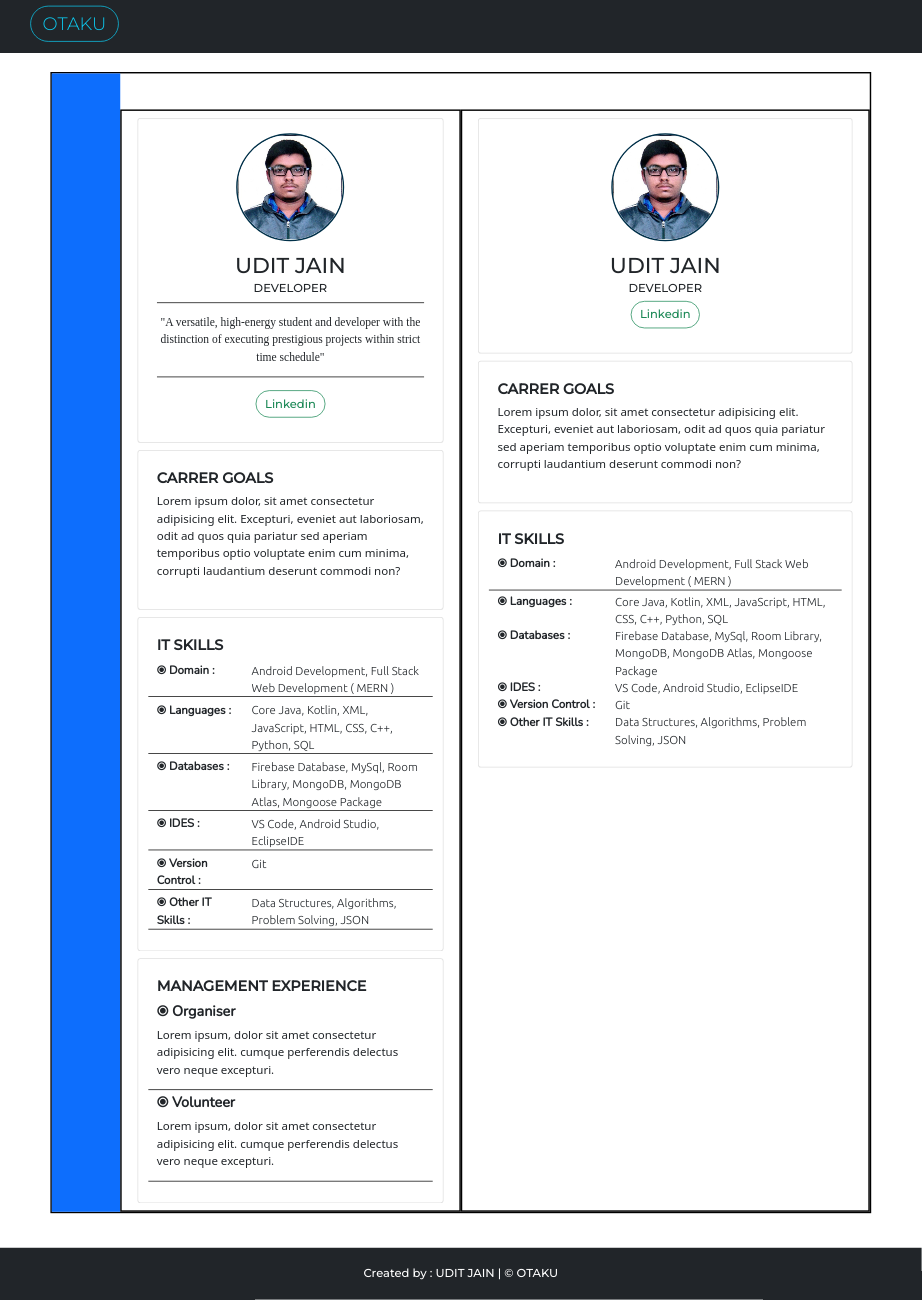
Repository: uditjain100/Responsive-Resume
Page: layouts/index.html
An editor plug-in stored every save of this project. The page is shown before and after the next save, followed by the edit.
The browser window is 1280 px wide. The pictures show the whole page, at 72% of full size.
Some web fonts or font styles are not loaded; a fallback is used. Some web libraries are served in a nearby version.

Above is the page before, as saved 2021-03-01 15:14:53.

After the next save:
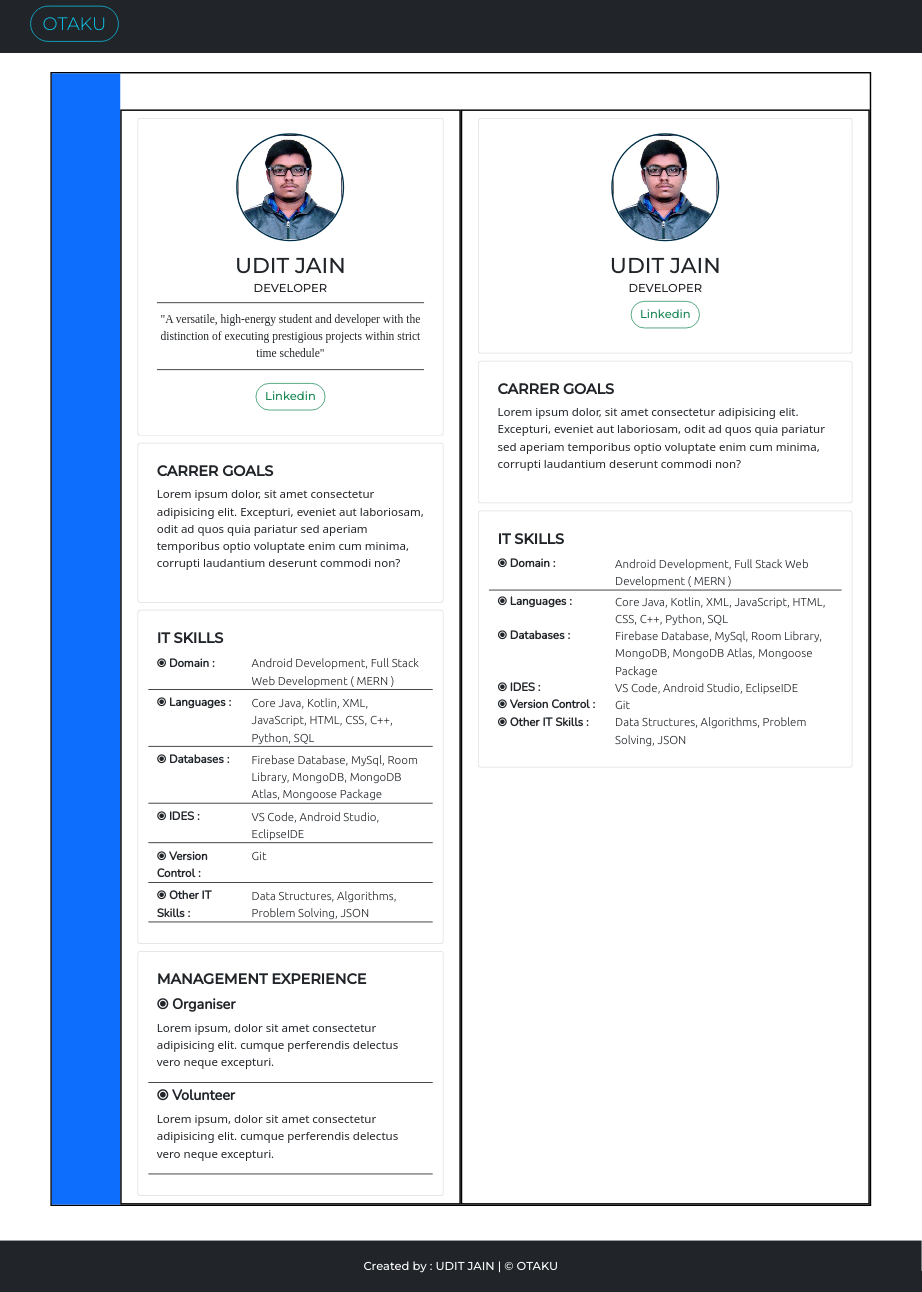
Saved 23 s later.
--- a/layouts/app.css
+++ b/layouts/app.css
@@ -98,8 +98,8 @@ html {
   font-family: "Akaya Kanadaka";
   margin-top: 10px;
   margin-bottom: 10px;
-  padding-top: 15px;
-  padding-bottom: 15px;
+  padding-top: 10px;
+  padding-bottom: 10px;
 
   border-bottom: 1px black solid;
   border-top: 1px black solid;
